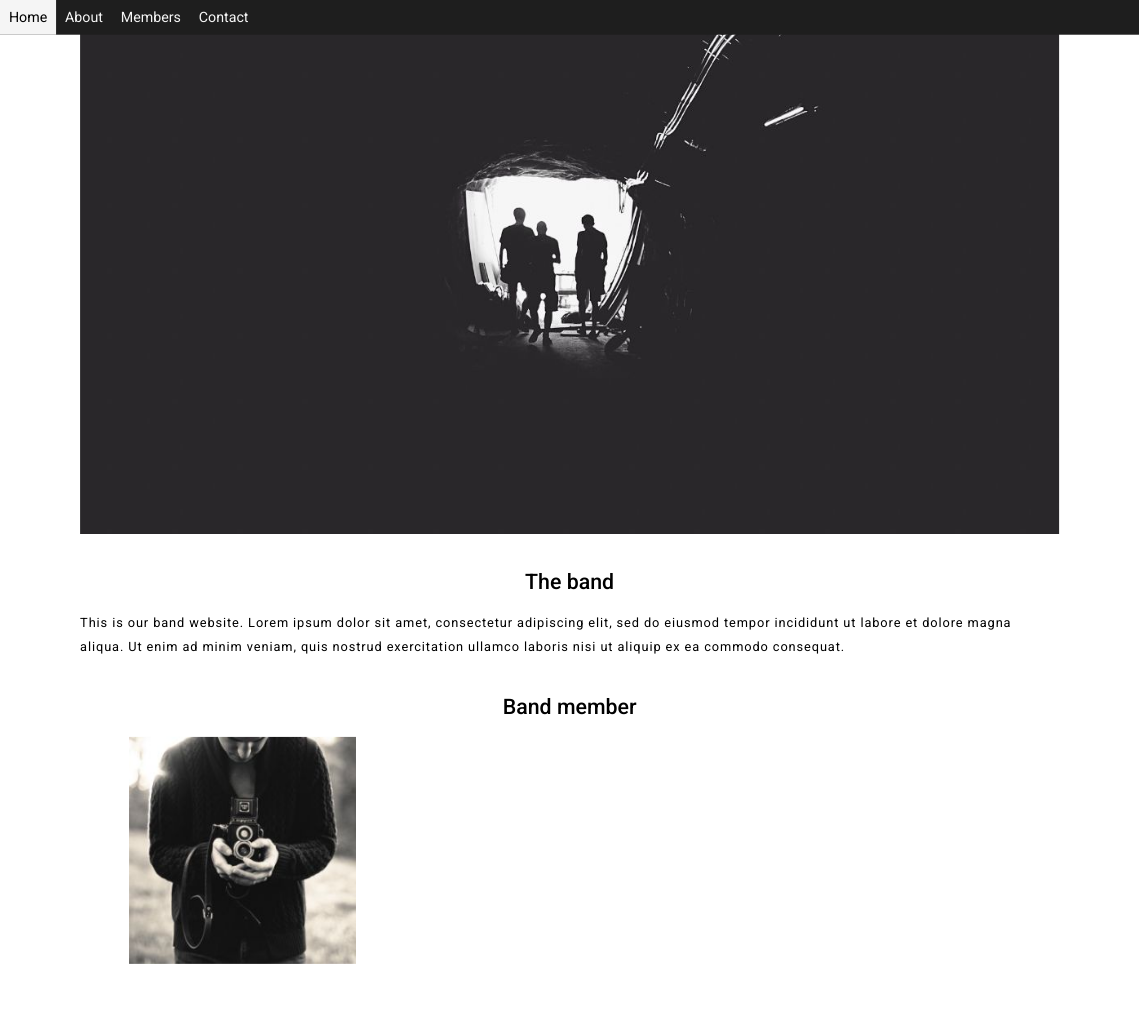
Repository: hieu-22/w3_band_UI
Page: index.html
An editor plug-in stored every save of this project. The page is shown before and after the next save, followed by the edit.
The browser window is 1280 px wide. The pictures show the whole page, at 89% of full size.

Above is the page before, as saved 2022-12-30 09:38:44.

After the next save:
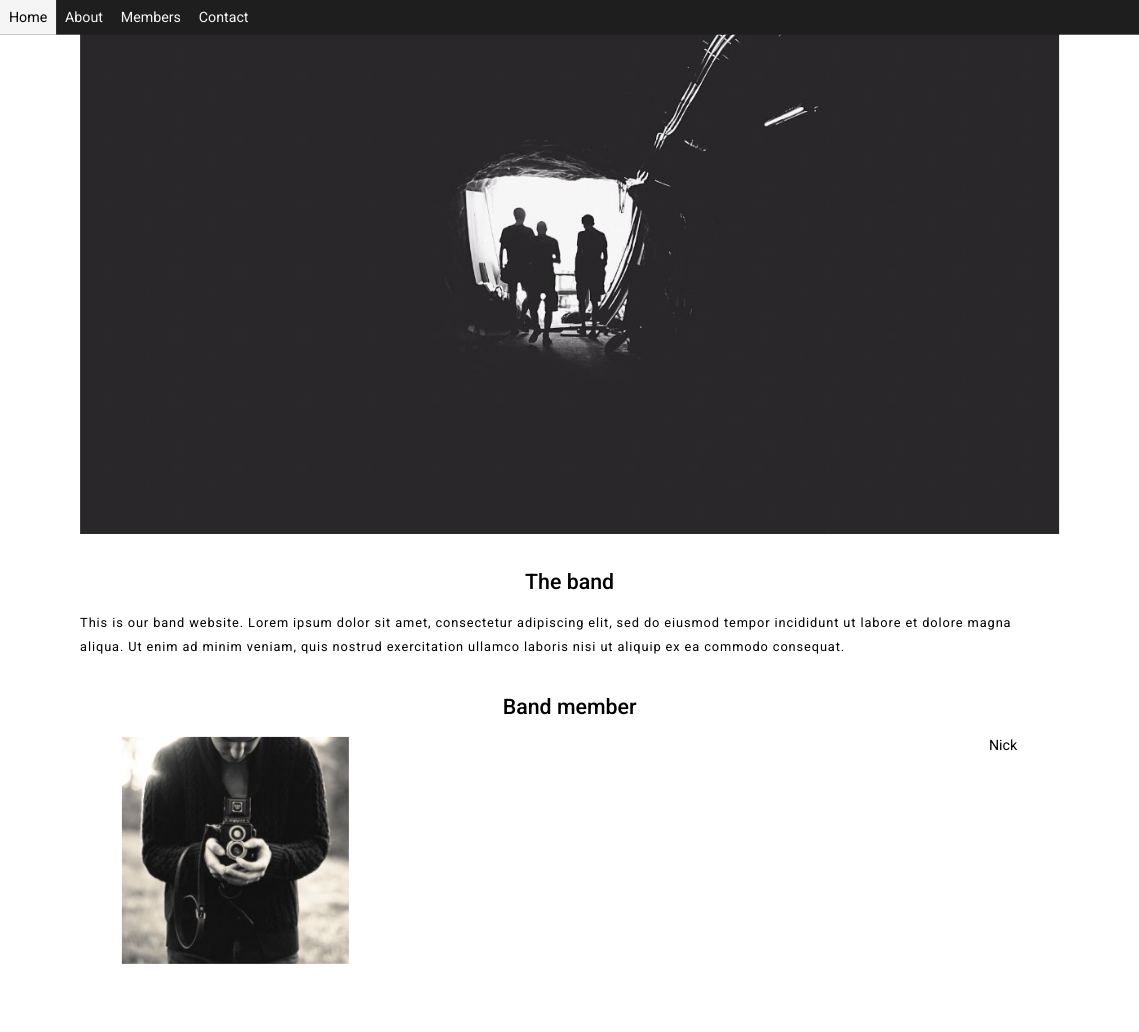
Saved 20 s later.
--- a/index.html
+++ b/index.html
@@ -41,9 +41,9 @@
             <h2 class="content__members-header">Band member</h2>
             <div class="content__members-container">
                 <div class="content__members-img">
-                    <img src="/assets/img/img_bandmember.jpg" alt="">
+                    <img src="/assets/img/img_bandmember.jpg" alt="band members">
                 </div>
-                <p class="content__members-name"></p>
+                <p class="content__members-name">Nick</p>
             </div>
         </div>
     </main>
